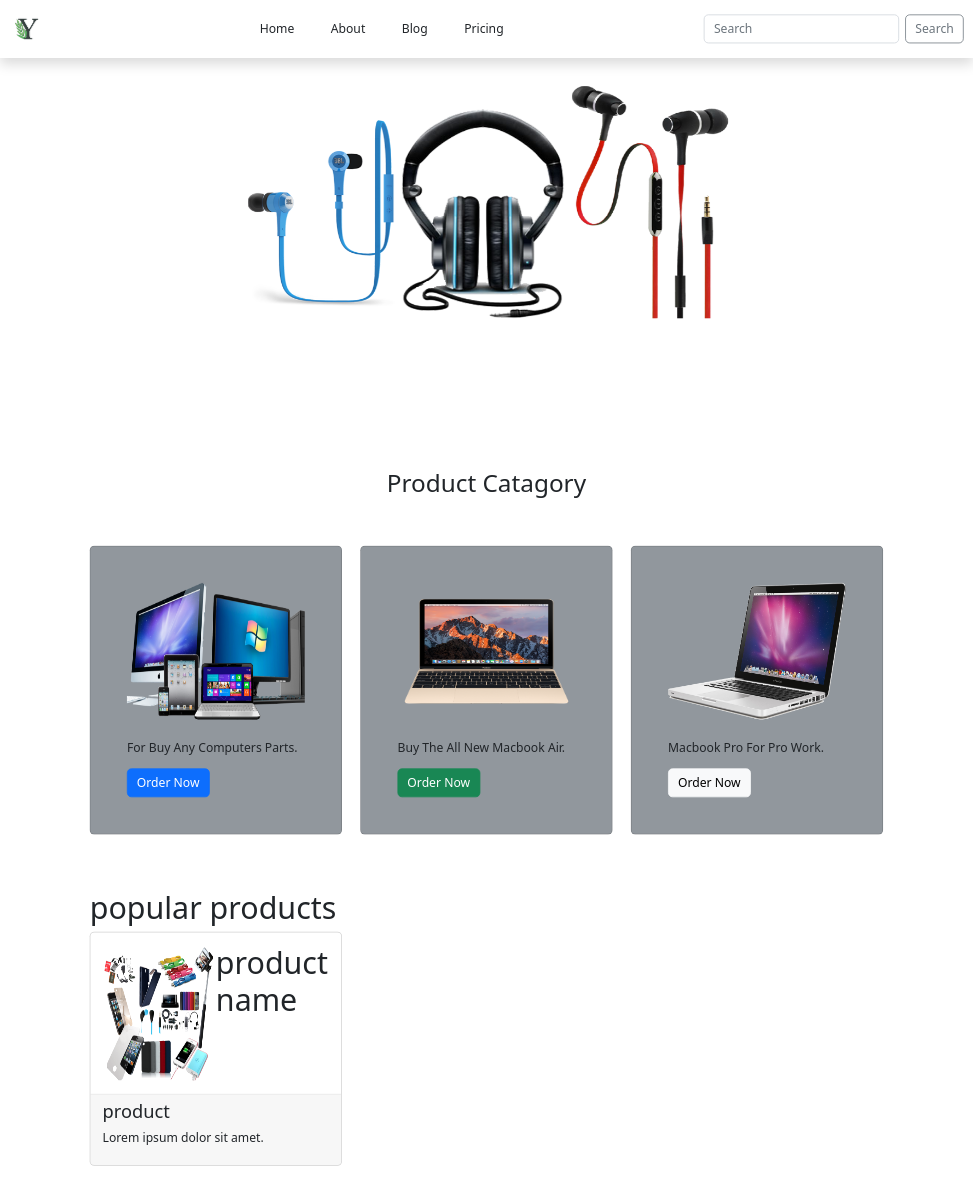
Repository: Mafuzurrahmanoli/E-Commerce-Website
Page: index.html
An editor plug-in stored every save of this project. The page is shown before and after the next save, followed by the edit.
The browser window is 1280 px wide. The pictures show the whole page, at 76% of full size.

Above is the page before, as saved 2023-09-16 12:01:06.

### index.html
<!DOCTYPE html>
<html lang="en">

<head>
  <title>E-Commerce Website</title>
  <!-- Required meta tags -->
  <meta charset="utf-8" />
  <meta name="viewport" content="width=device-width, initial-scale=1, shrink-to-fit=no" />

  <!-- Bootstrap CSS v5.2.1 -->
  <link href="https://cdn.jsdelivr.net/npm/bootstrap@5.2.1/dist/css/bootstrap.min.css" rel="stylesheet"
    integrity="sha384-iYQeCzEYFbKjA/T2uDLTpkwGzCiq6soy8tYaI1GyVh/UjpbCx/TYkiZhlZB6+fzT" crossorigin="anonymous" />
  <link rel="stylesheet" href="css/style.css" />
  <link rel="shortcut icon" href="img/favicon.png" type="image/x-icon">
</head>

<body>
  <header>
    <!-- place navbar here -->
    <nav class="navbar navbar-expand-lg navbar-light shadow">
      <div class="container-fluid">
        <a class="navbar-brand" href="#"" target=" _blank">
          <img src="img/logo.png" alt="logo" style="width: 50px;">
        </a>
        <button class="navbar-toggler" type="button" data-bs-toggle="collapse" data-bs-target="#navbarSupportedContent"
          aria-controls="navbarSupportedContent" aria-expanded="false" aria-label="Toggle navigation">
          <span class="navbar-toggler-icon"></span>
        </button>
        <div class="collapse navbar-collapse" id="navbarSupportedContent">
          <ul class="navbar-nav me-auto mb-2 mb-lg-0 mx-auto">
            <li class="nav-item mx-3">
              <a class="nav-link active text-dark" aria-current="page" href="#">Home</a>
            </li>
            <li class="nav-item mx-3">
              <a class="nav-link text-dark" href="#">About</a>
            </li>
            <li class="nav-item mx-3">
              <a class="nav-link text-dark" href="#">Blog</a>
            </li>
            <li class="nav-item mx-3">
              <a class="nav-link text-dark" href="#">Pricing</a>
            </li>
          </ul>
          <form class="d-flex" role="search">
            <input class="form-control me-2" type="search" placeholder="Search" aria-label="Search">
            <button class="btn btn-outline-secondary" type="submit">Search</button>
          </form>
        </div>
      </div>
    </nav>
    <!-- Navbar end here -->
    <!-- Slider Start -->
    <div class="container">
      <div class="row">
        <div class=" col-md-11 mx-auto mt-4">
          <div id="carouselExampleIndicators" class="carousel slide" style="height: 500px; width: 80%; margin: auto;;">
            <div class="carousel-indicators" style="background-color: transparent;">
              <button type="button" data-bs-target="#carouselExampleIndicators" data-bs-slide-to="0" class="active"
                aria-current="true" aria-label="Slide 1"></button>
              <button type="button" data-bs-target="#carouselExampleIndicators" data-bs-slide-to="1"
                aria-label="Slide 2"></button>
              <button type="button" data-bs-target="#carouselExampleIndicators" data-bs-slide-to="2"
                aria-label="Slide 3"></button>
            </div>
            <div class="carousel-inner">
              <div class="carousel-item active">
                <img src="img/headphone.png" class="d-block w-100" alt="headphone">
              </div>
              <div class="carousel-item">
                <img src="img/macbook pro.png" class="d-block w-100" alt="macbook">
              </div>
              <div class="carousel-item">
                <img src="img/computer.png" class="d-block w-100" alt="computer">
              </div>
            </div>
            <button class="carousel-control-prev" type="button" data-bs-target="#carouselExampleIndicators"
              data-bs-slide="prev">
              <span class="carousel-control-prev-icon" aria-hidden="true" style="background-color: transparent;"></span>
              <span class="visually-hidden">Previous</span>
            </button>
            <button class="carousel-control-next" type="button" data-bs-target="#carouselExampleIndicators"
              data-bs-slide="next">
              <span class="carousel-control-next-icon" aria-hidden="true" style="background-color: transparent;"></span>
              <span class="visually-hidden">Next</span>
            </button>
          </div>
        </div>
      </div>
    </div>
    <!-- Slider End -->
  </header>
  <main>
    <!-- Product catagory section start -->
    <div class="container">
      <h2 class="text-center text-capitalize p-3">product catagory</h2>
      <div class="row justify-content-between m-4 row-cols-1 row-cols-md-2 row-cols-lg-3 g-4">
        <div class="col">
          <div class="card bg-secondary bg-opacity-75">
            <div class="card-body p-5">
              <img src="img/computer.png" alt="computer" class="w-100">
              <p class="text-capitalize mt-4">For buy any computers parts.</p>
              <a href="#" target="_blank" class="btn btn-primary text-capitalize">order now</a>
            </div>
          </div>
        </div>
        <div class="col">
          <div class="card bg-secondary bg-opacity-75">
            <div class="card-body p-5">
              <img src="img/macbook air.png" alt="macbook air" class="w-100">
              <p class="text-capitalize mt-4">buy the all new macbook air.</p>
              <a href="#" target="_blank" class="btn btn-success text-capitalize">order now</a>
            </div>
          </div>
        </div>
        <div class="col">
          <div class="card bg-secondary bg-opacity-75">
            <div class="card-body p-5">
              <img src="img/macbook pro.png" alt="macbook pro" class="w-100">
              <p class="text-capitalize mt-4">macbook pro for pro work.</p>
              <a href="#" target="_blank" class="btn btn-light text-capitalize">order now</a>
            </div>
          </div>
        </div>
      </div>
    </div>
    <!-- Product catagory section end -->
    <!-- Popular product section start -->
    <div class="container p-5">
      <h1 class="te">popular products</h1>
      <div class="row row-cols-1 row-cols-md-2 row-cols-lg-3">
        <div class="col">
          <div class="card">
            <div class="card-body d-flex">
              <img class="w-50" src="img/Mobile.png" alt="">
              <h1 class="text-u">product name</h1>
            </div>
            <div class="card-footer">
              <h4>product</h4>
              <p>Lorem ipsum dolor sit amet.</p>
            </div>
          </div>
        </div>
      </div>
    </div>
    <!-- Popular product section end -->
  </main>
  <footer>
    <!-- place footer here -->
  </footer>
  <!-- Bootstrap JavaScript Libraries -->
  <script src="https://cdn.jsdelivr.net/npm/@popperjs/core@2.11.6/dist/umd/popper.min.js"
    integrity="sha384-oBqDVmMz9ATKxIep9tiCxS/Z9fNfEXiDAYTujMAeBAsjFuCZSmKbSSUnQlmh/jp3"
    crossorigin="anonymous"></script>

  <script src="https://cdn.jsdelivr.net/npm/bootstrap@5.2.1/dist/js/bootstrap.min.js"
    integrity="sha384-7VPbUDkoPSGFnVtYi0QogXtr74QeVeeIs99Qfg5YCF+TidwNdjvaKZX19NZ/e6oz"
    crossorigin="anonymous"></script>
</body>

</html>

### css/style.css
* {
    margin: 0;
    padding: 0;
    outline: 0;
}

.carousel-inner img {
    height: 50vh;
}
.card-body img{
    height: 25vh;
}

After the next save:
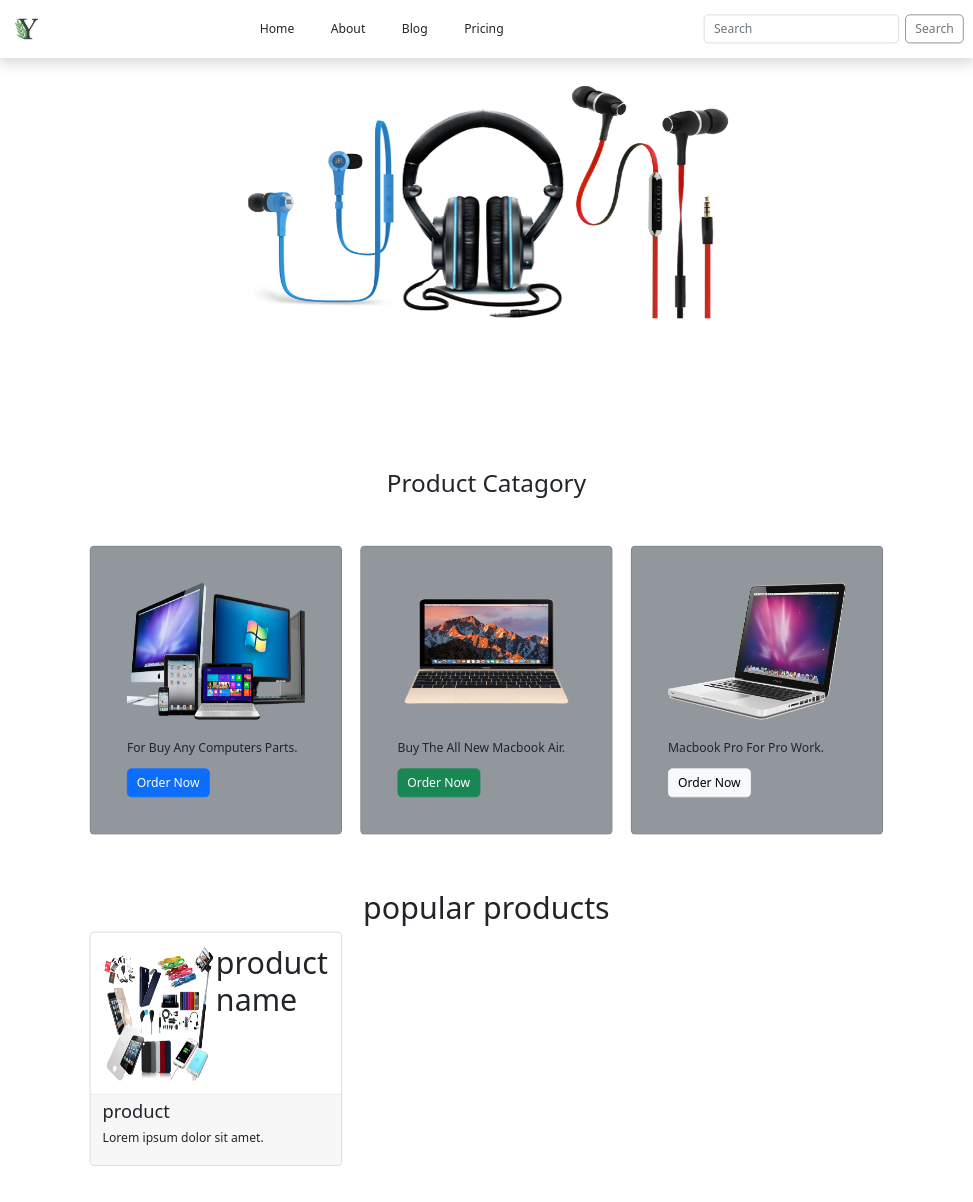
Saved 5 s later.
--- a/index.html
+++ b/index.html
@@ -126,7 +126,7 @@
     <!-- Product catagory section end -->
     <!-- Popular product section start -->
     <div class="container p-5">
-      <h1 class="te">popular products</h1>
+      <h1 class="text-center te">popular products</h1>
       <div class="row row-cols-1 row-cols-md-2 row-cols-lg-3">
         <div class="col">
           <div class="card">
